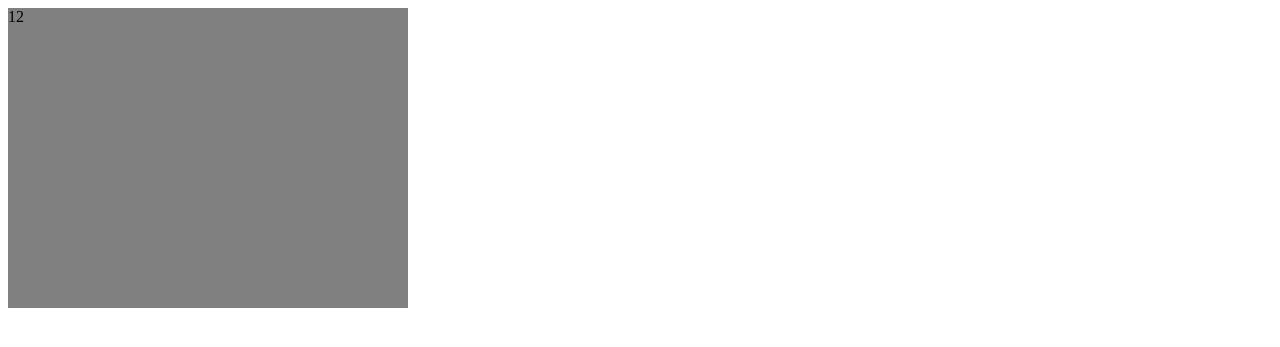
Repository: TaichiOzaki/1st_all
Page: html/css_intro_issue/index.html
The author's editor kept a record of every edit. The page is drawn from the files as they stood at one moment, then again after the next edit.
The browser window is 1280 px wide. The pictures show the whole page.

Above is the page before.

### html/css_intro_issue/index.html
<!DOCTYPE HTML>
<html>
  <head>
    <meta charset="UTF-8" />
    <title>タイトル</title>
    <link rel="stylesheet" href="css/style.css">
  </head>
  <body>
    <div class="container">
      <div class="box">
        <div class="boxblue">1</div>
      </div>
      <div class="box">
        <div class="boxred">2</div>
      </div>
    </div>
  </body>
</html>

### html/css_intro_issue/css/style.css
.container {
 background-color: gray;
 width: 400px;
 height: 300px;
}

.box1 {
  width: 100px;
  height: 100px;
  background-color: blue;
  color: #fff;


}

.box2 {
  width: 100px;
  height: 100px;
  background-color: red;
  color: #fff;





 }

button1 {
  border: 1px solid yellow;
 box-sizing: border-box;
padding: 0px 0px;


}

button2 {
  border: 1px solid yellow;
 box-sizing: border-box;
padding: 0px 0px;
}

div{
display: flex;
}

After the next edit:
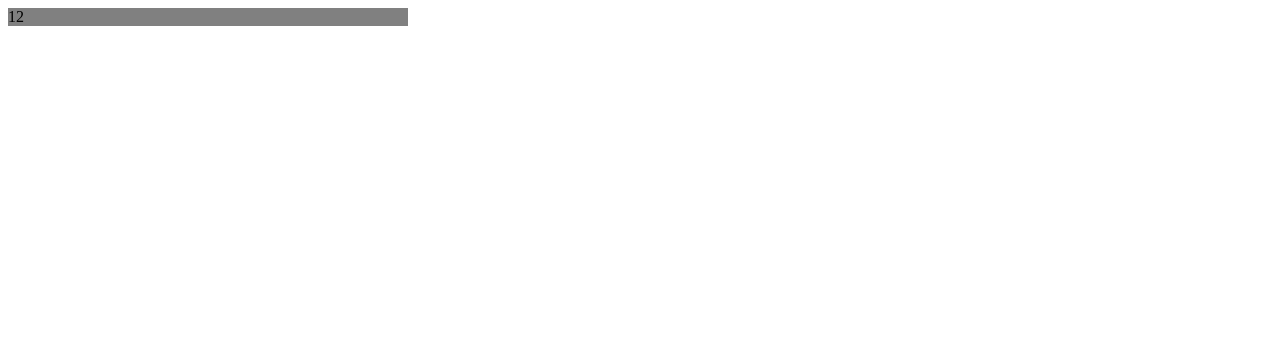
The edit:
--- a/html/css_intro_issue/css/style.css
+++ b/html/css_intro_issue/css/style.css
@@ -1,7 +1,6 @@
 .container {
  background-color: gray;
  width: 400px;
- height: 300px;
 }
 
 .box1 {
